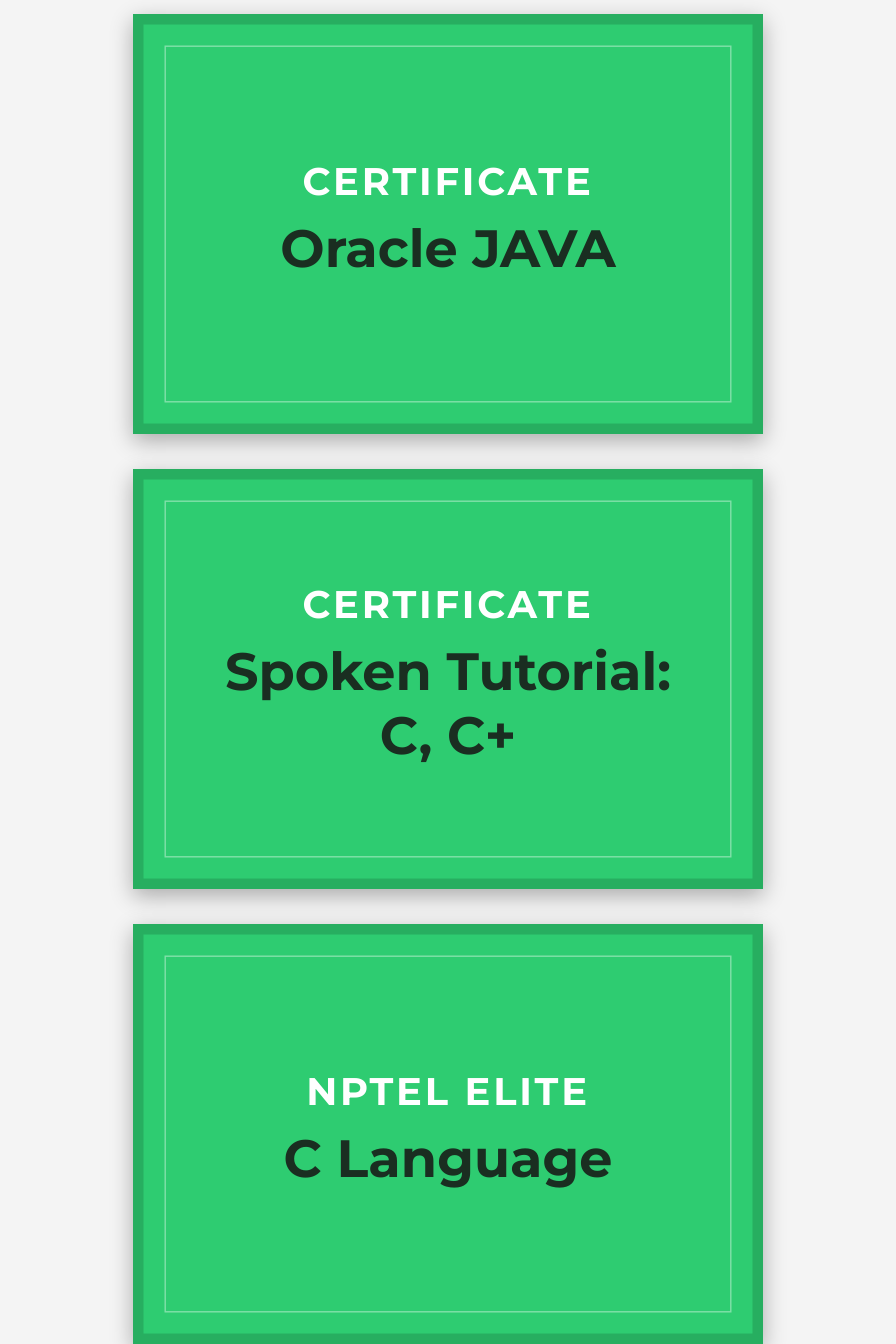
Repository: Priyadharshini-J-CSE/Priyadharshini-J-Portfolio
Page: index2.html
An editor plug-in stored every save of this project. The page is shown before and after a run of saves, followed by the edit.
The browser window is 1280 px wide. The pictures show the part of the page from y = 0 to 1920 px (the page is 2640 px tall), at 70% of full size.
Some web fonts or font styles are not loaded; a fallback is used.

Above is the page before, as saved 2026-01-23 21:05:14.

### index2.html
<!DOCTYPE html>
<html lang="en">
<head>
    <meta charset="UTF-8">
    <title>Professional Certificates</title>
    <link href="https://fonts.googleapis.com/css2?family=Montserrat:wght@400;700&family=Playfair+Display:ital,wght@1,600&display=swap" rel="stylesheet">
    <style>
        body { background: #f4f4f4; margin: 0; padding: 20px; font-family: 'Montserrat', sans-serif; }

        /* The main certificate container */
        .cert-container {
            width: 900px;
            height: 600px;
            background-color: #2ecc71; /* Your requested color */
            margin: 0 auto 50px auto;
            padding: 30px;
            border: 15px solid #27ae60; /* Darker green border */
            box-shadow: 0 10px 30px rgba(0,0,0,0.3);
            color: white;
            position: relative;
            box-sizing: border-box;
            text-align: center;
        }

        .inner-frame {
            border: 2px solid rgba(255,255,255,0.4);
            height: 100%;
            width: 100%;
            padding: 40px;
            box-sizing: border-box;
            display: flex;
            flex-direction: column;
            justify-content: center;
        }

        .header { font-size: 55px; font-weight: 700; margin: 0; text-transform: uppercase; letter-spacing: 4px; }
        .sub-header { font-size: 18px; margin: 20px 0; font-weight: 400; letter-spacing: 2px; }

        .student-name {
            font-family: 'Playfair Display', serif;
            font-size: 45px;
            margin: 20px 0;
            color: #ffffff;
            border-bottom: 2px solid white;
            display: inline-block;
            padding: 0 40px;
        }

        .description { font-size: 16px; margin: 20px 0; line-height: 1.6; }
        .course-title { font-size: 75px; font-weight: 700; margin: 15px 0; color: #1a2e21; }
        .provider { font-size: 14px; text-transform: uppercase; margin-top: 10px; opacity: 0.9; }

        .footer {
            display: flex;
            justify-content: space-between;
            margin-top: 50px;
            padding: 0 60px;
        }
        .signature-box { border-top: 1px solid white; width: 180px; padding-top: 10px; font-size: 12px; }
    </style>
</head>
<body>

    <div class="cert-container">
        <div class="inner-frame">
            <h1 class="header">Certificate</h1>

            <div class="course-title">Oracle JAVA</div>



        </div>
    </div>

    <div class="cert-container">
        <div class="inner-frame">
           <h1 class="header">Certificate</h1>

            <div class="course-title">Spoken Tutorial: C, C+</div>


        </div>
    </div>

    <div class="cert-container">
        <div class="inner-frame">
            <h1 class="header">NPTEL Elite</h1>

            <div class="course-title">C Language</div>

        </div>
    </div>

    <div class="cert-container">
        <div class="inner-frame">
            <h1 class="header">Certificate</h1>

            <div class="course-title">Sololearn: HTML</div>

        </div>
    </div>

</body>
</html>

After the next 3 saves:
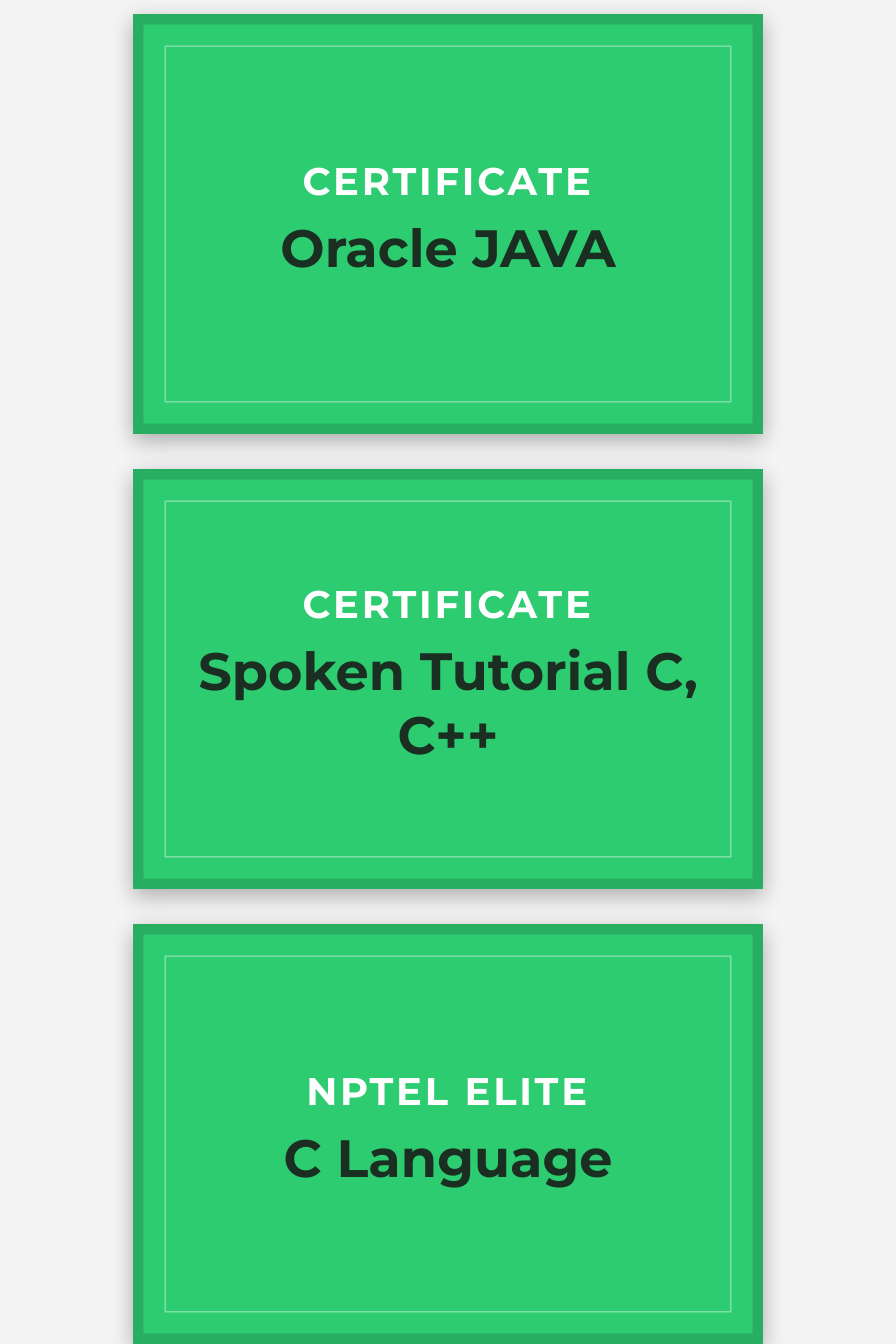
The 3 saves are shown as one change because they came seconds apart.
The last was saved 9 s later.
--- a/index2.html
+++ b/index2.html
@@ -76,7 +76,7 @@
         <div class="inner-frame">
            <h1 class="header">Certificate</h1>
 
-            <div class="course-title">Spoken Tutorial: C, C+</div>
+            <div class="course-title">Spoken Tutorial  C, C++</div>
 
 
         </div>
